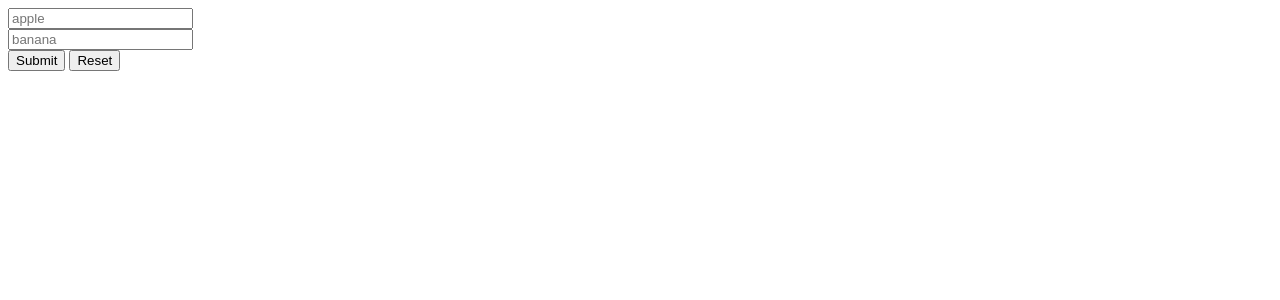
Repository: Kimhwawon/jsp_practice
Page: http://localhost/JSPBasic/JsObject/1.requests/req_param_send.jsp
The author's editor kept a copy of each file at every save. The page is drawn from the files as they stood at one save, then again after the next save.
The browser window is 1280 px wide. The pictures show the whole page.
The page is served by Tomcat 9.

Above is the page before, as saved 2022-02-03 05:30:16.

### JSPBasic/src/main/webapp/JsObject/1.requests/req_param_send.jsp
<%@ page language="java" contentType="text/html; charset=UTF-8"
    pageEncoding="UTF-8"%>
<!DOCTYPE html>
<html>
<head>
<meta charset="UTF-8">
<title>Insert title here</title>
</head>
<body>
	<%--아래에 form을 만들고 내부에 input 4개를 만들어주세요.
	input태그의 type속성은 하나는 text, 하나는 password
	name속성은 하나는 apple, 하나는 banana로 해 주세요.
	reset버튼과 submit 버튼도 각각 하나씩 만들어주세요. --%>
	<form>
	<input type = "text" name="apple" placeholder="apple"/> <br/>
	<input type = "password" name= "banana" placeholder= "banana"/> <br/>
	<input type = "submit"/>
	<input type = "reset"/>
	</form>

</body>
</html>

After the next save:
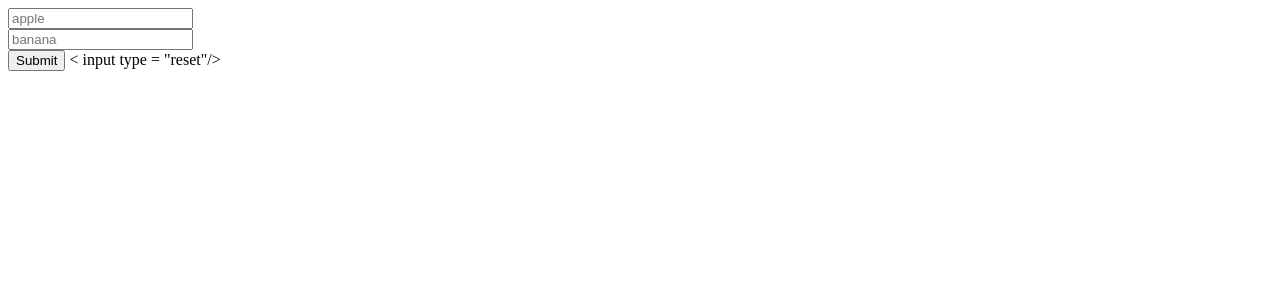
Saved 2 min 35 s later.
--- a/JSPBasic/src/main/webapp/JsObject/1.requests/req_param_send.jsp
+++ b/JSPBasic/src/main/webapp/JsObject/1.requests/req_param_send.jsp
@@ -10,12 +10,15 @@
 	<%--아래에 form을 만들고 내부에 input 4개를 만들어주세요.
 	input태그의 type속성은 하나는 text, 하나는 password
 	name속성은 하나는 apple, 하나는 banana로 해 주세요.
-	reset버튼과 submit 버튼도 각각 하나씩 만들어주세요. --%>
-	<form>
-	<input type = "text" name="apple" placeholder="apple"/> <br/>
-	<input type = "password" name= "banana" placeholder= "banana"/> <br/>
-	<input type = "submit"/>
-	<input type = "reset"/>
+	reset버튼과 submit 버튼도 각각 하나씩 만들어주세요.
+
+	form의 action이 바로 목적지를 적는 부분임.
+	웹개발에서는 받을 페이지 화면의 주소를 적어줍니다. --%>
+	<form action"" method="get">
+		<input type = "text" name="apple" placeholder="apple"/> <br/>
+		<input type = "password" name= "banana" placeholder= "banana"/> <br/>
+		<input type = "submit"/>
+	<	input type = "reset"/>
 	</form>
 
 </body>

After the save that followed:
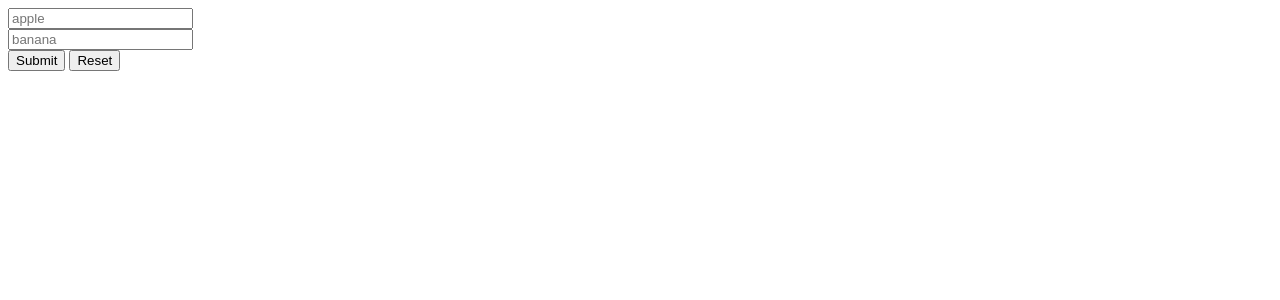
Saved 7 s later.
--- a/JSPBasic/src/main/webapp/JsObject/1.requests/req_param_send.jsp
+++ b/JSPBasic/src/main/webapp/JsObject/1.requests/req_param_send.jsp
@@ -18,7 +18,7 @@
 		<input type = "text" name="apple" placeholder="apple"/> <br/>
 		<input type = "password" name= "banana" placeholder= "banana"/> <br/>
 		<input type = "submit"/>
-	<	input type = "reset"/>
+	<input type = "reset"/>
 	</form>
 
 </body>
